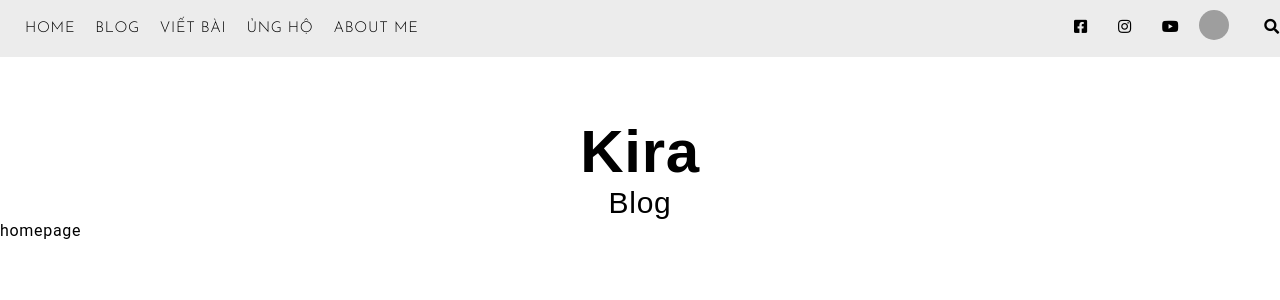
Repository: DTien93/blog-meanstack
Page: / (app in my-app/)
An editor plug-in stored every save of this project. The page is shown before and after the next save, followed by the edit.
The browser window is 1280 px wide. The pictures show the whole page.
Pictures or frames that could not be fetched are drawn as grey boxes. Some web libraries are served in a nearby version. The project was rebuilt for these pictures with package versions that can differ from the ones it lists, and the page was loaded fresh each time. Also part of the build but not shown: my-app/src/components/pages/home.css.

Above is the page before, as saved 2021-08-21 16:00:42.

### my-app/public/index.html
<!DOCTYPE html>
<html lang="en">
  <head>
    <meta charset="utf-8" />
    <link rel="icon" href="%PUBLIC_URL%/favicon.ico" />
    <link rel="preconnect" href="https://fonts.googleapis.com">
    <link rel="preconnect" href="https://fonts.gstatic.com" crossorigin>
    <link href="https://fonts.googleapis.com/css2?family=Josefin+Sans:ital,wght@0,100;0,200;0,300;1,100;1,200;1,300&family=Josefin+Slab:ital,wght@0,100;1,100&family=Varela&family=Varela+Round&display=swap" rel="stylesheet">
    <link rel="stylesheet" href="https://pro.fontawesome.com/releases/v5.10.0/css/all.css" integrity="sha384-AYmEC3Yw5cVb3ZcuHtOA93w35dYTsvhLPVnYs9eStHfGJvOvKxVfELGroGkvsg+p" crossorigin="anonymous"/>
    <meta name="viewport" content="width=device-width, initial-scale=1" />
    <meta name="theme-color" content="#000000" />
    <meta
      name="description"
      content="Web site created using create-react-app"
    />
    <link rel="apple-touch-icon" href="%PUBLIC_URL%/logo192.png" />
    <link rel="manifest" href="%PUBLIC_URL%/manifest.json" />
    <title>React App</title>
  </head>
  <body>
    <noscript>You need to enable JavaScript to run this app.</noscript>
    <div id="root"></div>
  </body>
</html>

### my-app/src/index.js
import React from 'react'
import ReactDOM from 'react-dom'
import App from './App'

import './css/index.css'

ReactDOM.render(
  <React.StrictMode>
    <App />
  </React.StrictMode>,
  document.getElementById('root')
);

### my-app/src/App.js
import React from 'react'

// Components
import TopBar from './components/TopBar'
import Home from './components/pages/Home'

// css
import './css/index.css'


function App() {
  return (
    <>
      <TopBar />
      <Home />
    </>
  );
}

export default App;

### my-app/src/css/index.css
:root {
    --main-bg: #fff;

    --main-header: #ececec;
    --second-header: #999;

    --txt-color: #000;
    --main-color: #252525;
    --second-color: #d3b062;

    --border-color: #000;
    --border-main:#d3b062;

    --main-color: #000;
    --main-second: #d3b062;

    --main-size: 15px;
    --second-size: 20px;
}

* {
    padding: 0;
    margin: 0;
    box-sizing: border-box;
    -webkit-tap-highlight-color: transparent;
}

body {
    font-family: "Roboto", sans-serif;
    -webkit-font-smoothing: antialiased;
    -moz-osx-font-smoothing: grayscale;
    letter-spacing: 0.7px;
}

a {
    text-decoration: none;
    color: unset;
}

a:hover {
    color: var(--main-second);
}

ul {
    list-style-type: none;
}

input {
    border: 2px solid transparent;
    outline: 0;
}

li {
    text-decoration: none;
    list-style-type: none;
}

### my-app/src/components/TopBar/index.jsx
import React from 'react'

import '../TopBar/topbar.css'


export default function TopBar() {
    return (

        <div className="top">
            <div className="top__left">
                <li className="top__left-item  item-active">Home</li>
                <li className="top__left-item">Blog</li>
                <li className="top__left-item">Viết bài</li>
                <li className="top__left-item">ủng hộ</li>
                <li className="top__left-item">About me</li>
            </div>

            <div className="top__right">
                <li className="top__right-item"><i className="fab fa-facebook-square"></i></li>
                <li className="top__right-item"><i className="fab fa-instagram"></i></li>
                <li className="top__right-item"><i className="fab fa-youtube"></i></li>
                <img className="top__right-img" src="https://media.thieunien.vn/thumb//uploads/2021/08/09/jisoo-blackpink-di-dong-phim-nhung-co-thanh-vien-nay-lai-duoc-khen-ve-dien-xuat-nhieu-hon_24560.jpg" alt="" />
                <li className="top__right-item top__search-icon"><i class="fas fa-search"></i></li>
            </div>
            </div>
    )
}

### my-app/src/components/pages/Home.jsx
import React from 'react'

import Header from '../Header'

import '../pages/home.css'

export default function Home() {
    return (
        <div className="home">
            <Header />
            homepage
        </div>
    )
}

### my-app/src/components/TopBar/TopBar.css
.top {
    width: 100%;
    height: 57px;
    background-color: var(--main-header);
    position: sticky;
    top: 0;
    display: flex;
    align-items: center;
    font-family: 'Josefin Sans', sans-serif;
}

.top__left{
    flex: 9;
    display: flex;
    line-height: 57px;
    padding: 0 15px;
    text-transform: uppercase;
}

.top__left-item {
    margin: 0 10px;
    color: var(--main-color);
    cursor: pointer;
    font-size: 15px;
}

.top__left-item item-active {
    color: var(--second-color);
}

.top__left-item:hover {
    color: var(--second-color);
}

.top__right {
    flex: 2;
    display: flex;
    line-height: 57px;
}

.top__right-item {
  font-size: var(--main-size);
  margin-left: 30px;
  color: var(--main-color);
  cursor: pointer;
  font-size: var(--main-size);
}

.top__right-img {
    margin: 10px 20px;
    width: 30px;
    height: 30px;
    margin-top: 10px;
    border-radius:  50%;
    object-fit: over;
}

.top__search-icon {
    font-size: var(--main-size);
    color: var(--main-color);
    cursor: pointer;
    margin-left: var(--main-size);
}

### my-app/src/components/Header/index.jsx
import React from 'react'

import { Link, Route, BrowserRouter } from 'react-router-dom'

// css
import '../Header/header.css'

export default function Header() {
    return (
        <BrowserRouter>
        <div className="header">
            <div className="header__titles">
                <h1 className="header__titles-heading">
                    <Link to="">Kira</Link>
                </h1>
                <span className="header__titles-heading">Blog</span>
            </div>
            </div>
            </BrowserRouter>
    )
}

### my-app/src/components/Header/header.css
.header {
    margin-top: 60px;
}

.header__titles{
    display: flex;
    flex-direction: column;
    align-items: center;
    font-family: 'Montserrat',sans-serif;
    color: var(--txt-color);
    font-weight: 400;
    line-height: 1.15;
    font-size: 30px;
    text-transform: none;
}

.header_titles-heading {

}

Loaded but not shown: my-app/src/components/pages/home.css (no copy from this time; the picture is the same without it)

After the next save:
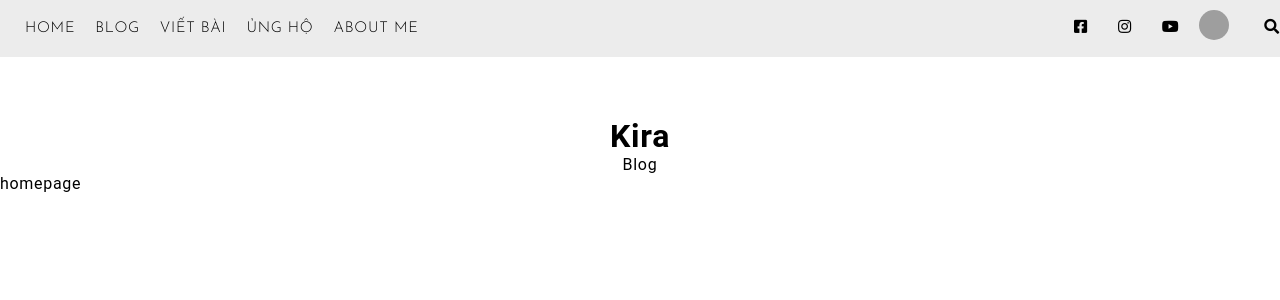
Saved 23 s later.
--- a/my-app/src/components/Header/header.css
+++ b/my-app/src/components/Header/header.css
@@ -6,12 +6,7 @@
     display: flex;
     flex-direction: column;
     align-items: center;
-    font-family: 'Montserrat',sans-serif;
-    color: var(--txt-color);
-    font-weight: 400;
-    line-height: 1.15;
-    font-size: 30px;
-    text-transform: none;
+
 }
 
 .header_titles-heading {

After the 2 saves that followed:
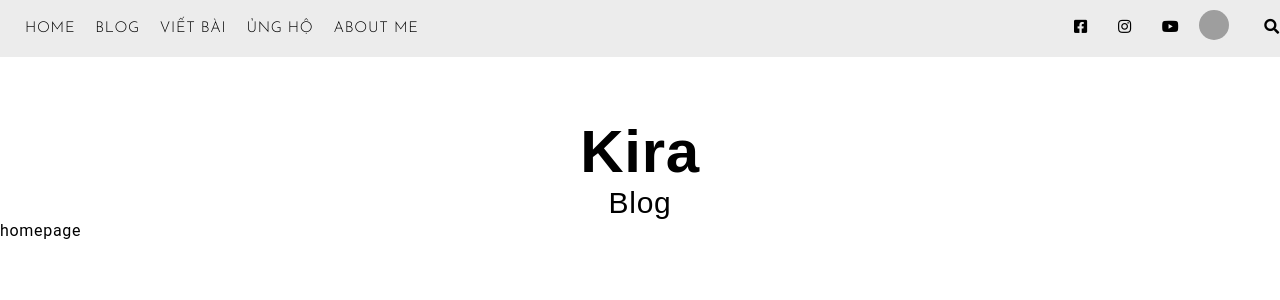
The 2 saves are shown as one change because 1 left the picture as it was.
The last was saved 23 s later.
--- a/my-app/src/components/Header/header.css
+++ b/my-app/src/components/Header/header.css
@@ -6,7 +6,12 @@
     display: flex;
     flex-direction: column;
     align-items: center;
-
+    font-family: 'Montserrat',sans-serif;
+    color: var(--txt-color);
+    font-weight: 400;
+    line-height: 1.15;
+    font-size: 30px;
+    text-transform: none;
 }
 
 .header_titles-heading {
